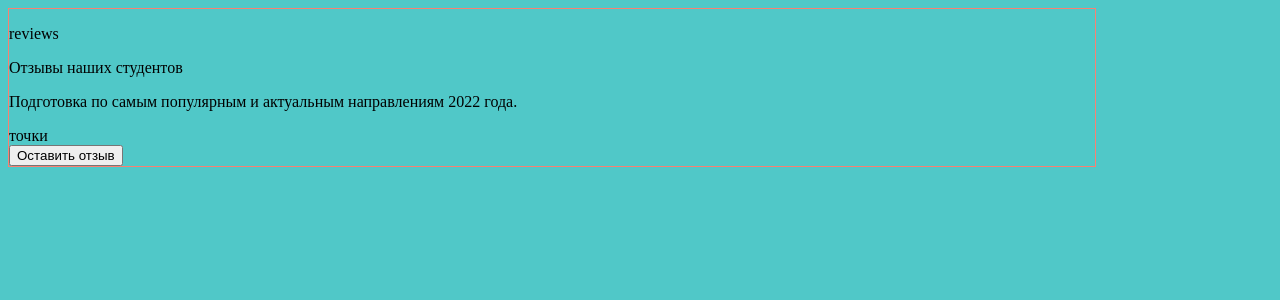
Repository: Malvuna/Studi
Page: index.html
An editor plug-in stored every save of this project. The page is shown before and after the next save, followed by the edit.
The browser window is 1280 px wide. The pictures show the whole page.

Above is the page before, as saved 2022-07-11 16:04:26.

After the next save:
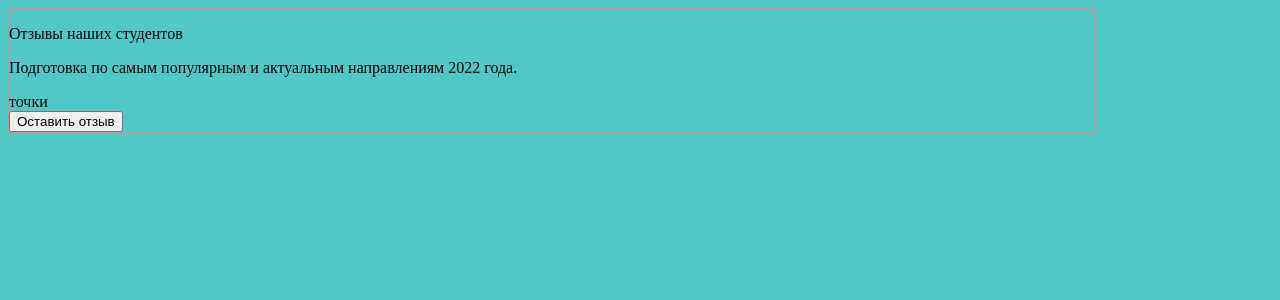
Saved 59 s later.
--- a/index.html
+++ b/index.html
@@ -16,7 +16,6 @@
     <main>
       <div id="container" class="container">
 
-      <p>reviews</p>
       <p>Отзывы наших студентов</p>
       <p>Подготовка по самым популярным и актуальным направлениям 2022 года.</p>
       <div></div>
